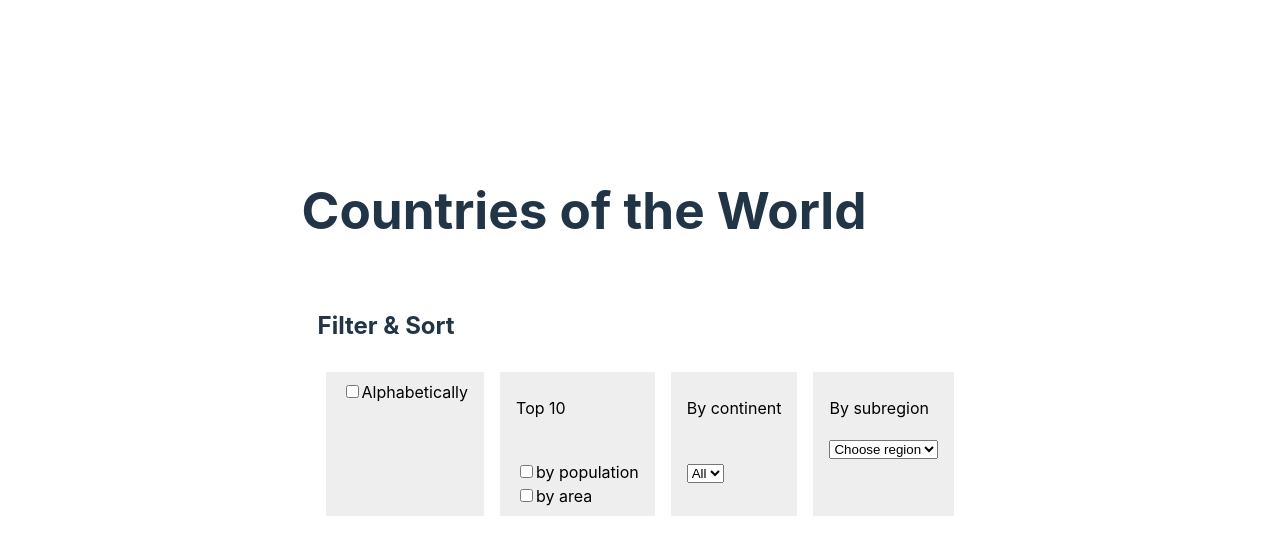
Repository: Vanessahyc/COMP3170_Lab06
Page: /
These files come from the project's save history. The page is drawn as it stood at one moment and after the next save; the edit follows.
The browser window is 1280 px wide. The pictures show the whole page.
The page's requests for data from a server got no answer. The project was rebuilt for these pictures with package versions that can differ from the ones it lists, and the page was loaded fresh each time. No one was signed in, and anything a server would have sent is missing. Also part of the build but not shown: vite.config.js, src/components/Country.jsx.

Above is the page before, as saved 2024-11-14 16:46:43.

### src/App.jsx
import { useEffect, useState } from 'react'
import './App.css'
import Countries from './components/Countries';

function App() {

  const [countries, setCountries] = useState([]);
  const [isSorted, setIsSorted] = useState(false);
  const url = "https://restcountries.com/v3.1/all";

  async function fetchData() {
    const response = await fetch('https://restcountries.com/v3.1/all');
    const data = await response.json();

    const displayedCountries = isSorted
    ? [...countries].sort((a, b) => a.name.common.localeCompare(b.name.common))
    : countries;

    setCountries(data);
  }

  useEffect(() => {
    fetchData();
  }, []);

  return (
    <div>
      <h1>Countries of the World</h1>
      <div className='wrap'>
        <h2>Filter & Sort</h2>
        <div className='filter_container'>
          <div>
            <input type='checkbox'checked={isSorted} onChange={() => setIsSorted(!isSorted)}/>
            <label>Alphabetically</label>
          </div>
          <div>
            <p>Top 10</p>
            <br/>
            <input type='checkbox'/>
            <label>by population</label>
            <br/>
            <input type='checkbox'/>
            <label>by area</label>
          </div>
          <div>
            <p>By continent</p>
            <br/>
            <select>
              <option>All</option>
            </select>
          </div>
          <div>
            <p>By subregion</p>
            <select>
              <option>Choose region</option>
            </select>
          </div>
        </div>
      </div>
      <Countries countries={countries}/>
    </div>
  );
}

export default App

### src/App.css
#root {
  max-width: 1280px;
  margin: 0 auto;
  padding: 2rem;
}

/* .logo {
  height: 6em;
  padding: 1.5em;
  will-change: filter;
  transition: filter 300ms;
}
.logo:hover {
  filter: drop-shadow(0 0 2em #646cffaa);
}
.logo.react:hover {
  filter: drop-shadow(0 0 2em #61dafbaa);
}

@keyframes logo-spin {
  from {
    transform: rotate(0deg);
  }
  to {
    transform: rotate(360deg);
  }
}

@media (prefers-reduced-motion: no-preference) {
  a:nth-of-type(2) .logo {
    animation: logo-spin infinite 20s linear;
  }
}

.card {
  padding: 2em;
}

.read-the-docs {
  color: #888;
} */

.main_container {
  width: 400px;
}

.country_header {
  display: flex;
  max-height: 50px;
  background-color: rgb(238, 238, 238);

}

.country_header p {
  color: black;
  font-weight: bold;
}

.flag_container {
  flex-basis: 30%;
}

.flag_container img {
  height: 50px;
}

.country_info {
  padding: 1em;
}

.country_info p {
  display: flex;
}

.country_info p span {
  flex-basis: 50%;
  text-align: left;
}

.country_info p span:first-child {
  font-weight: bold;
}

.wrap {
  margin-bottom: 2rem;
  padding: 1em;
}

.filter_container {
  display: flex;
  gap: 1em;
  padding: 0.5rem;
}

.filter_container div {
  padding: 0.5rem 1rem;
  background-color: rgb(238, 238, 238);
  color: black;
}

### src/components/Countries.jsx
import Country from "./Country";

export default function Countries({countries}) {
    return(
        <div>
            {
                countries.map(country => (
                    <Country
                        key={country.cca3}
                        url={country.flags.svg}
                        countryName={country.name.common}
                        officialName={country.name.official}
                        capital={country.capital}
                        population={country.population}
                        languages={country.languages}
                        currencies={country.currencies}
                        area={country.area}
                        subregion={country.subregion}
                        continents={country.continents}
                        borders={country.borders}
                        maps={country.maps.googleMaps}
                    />
                ))
            }
        </div>
    );
}

Loaded but not shown: index.html (common file); src/main.jsx (common file); src/index.css (common file)

After the next save:
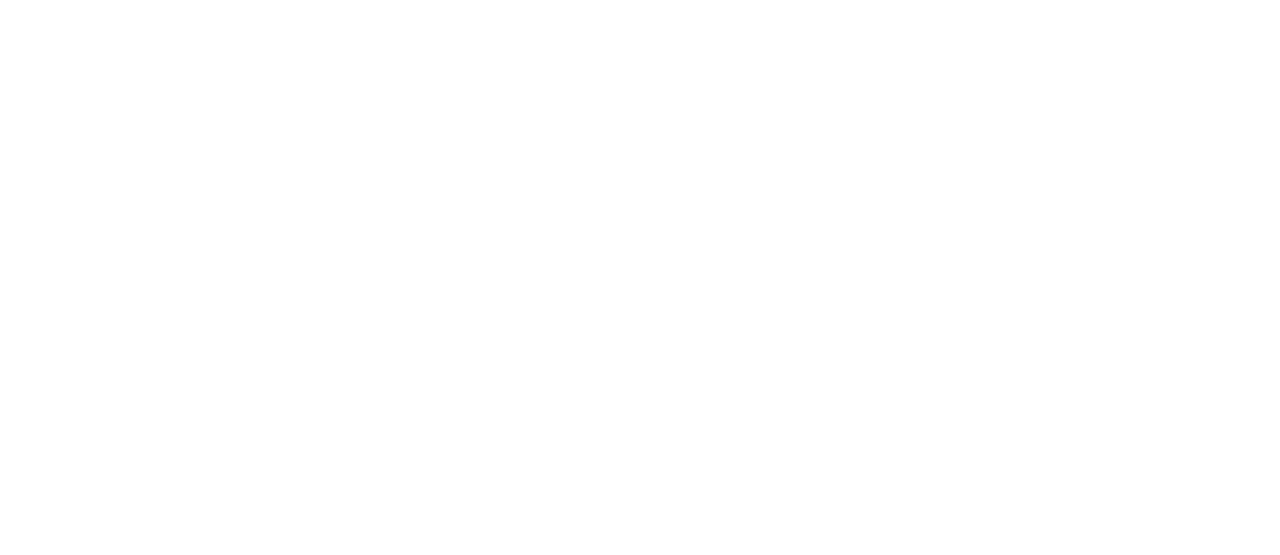
Console error: ReferenceError: displayedCountries is not defined
Saved 23 s later.
--- a/src/App.jsx
+++ b/src/App.jsx
@@ -57,7 +57,7 @@
           </div>
         </div>
       </div>
-      <Countries countries={countries}/>
+      <Countries countries={displayedCountries}/>
     </div>
   );
 }

After the save that followed:
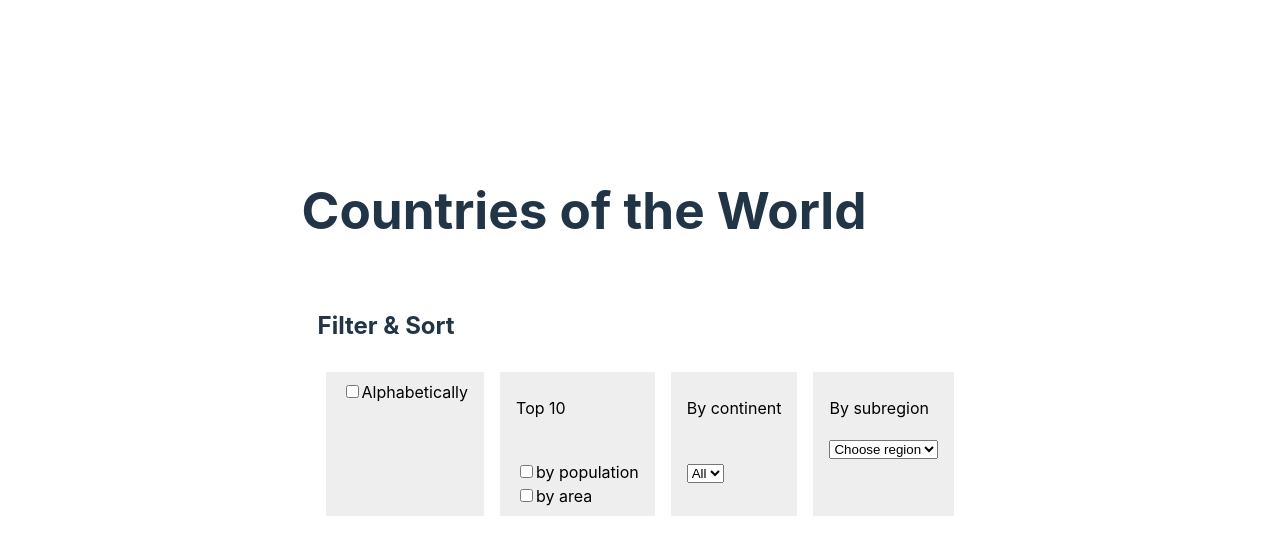
The error is gone.
Saved 99 s later.
--- a/src/App.jsx
+++ b/src/App.jsx
@@ -12,16 +12,16 @@
     const response = await fetch('https://restcountries.com/v3.1/all');
     const data = await response.json();
 
-    const displayedCountries = isSorted
-    ? [...countries].sort((a, b) => a.name.common.localeCompare(b.name.common))
-    : countries;
-
     setCountries(data);
   }
 
   useEffect(() => {
     fetchData();
   }, []);
+
+  const displayedCountries = isSorted
+  ? [...countries].sort((a, b) => a.name.common.localeCompare(b.name.common))
+  : countries;
 
   return (
     <div>
